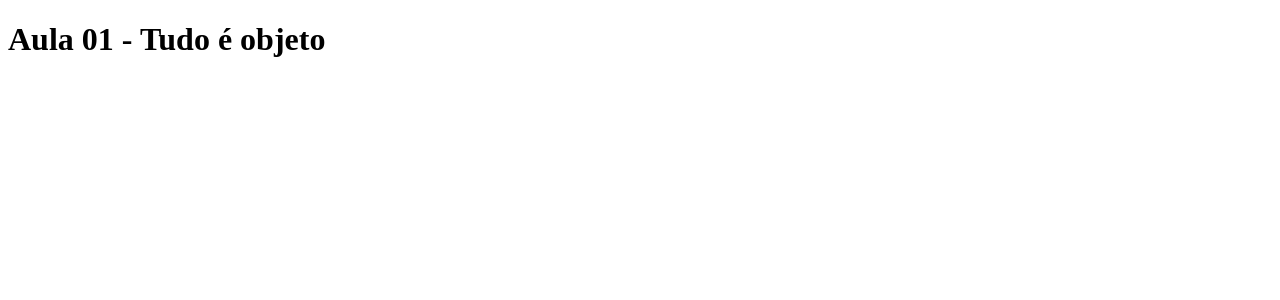
Repository: rvlyra/Js-Estudos-Aplicados
Page: Js - Estudos Aplicados/01-Tudo_e_objeto/index.html
The author's editor kept a copy of each file at every save. The page is drawn from the files as they stood at one save, then again after the next save.
The browser window is 1280 px wide. The pictures show the whole page.

Above is the page before, as saved 2022-07-05 20:12:34.

### Js - Estudos Aplicados/01-Tudo_e_objeto/index.html
<!DOCTYPE html>
<html lang="en">
<head>
    <meta charset="UTF-8">
    <meta http-equiv="X-UA-Compatible" content="IE=edge">
    <meta name="viewport" content="width=device-width, initial-scale=1.0">
    <title>Tudo é Objeto</title>
</head>
<body>

    <h1>Aula 01 - Tudo é objeto</h1>

    <p>

    </p>

    <script src="script.js"></script>
</body>
</html>

Loaded but not shown: Js - Estudos Aplicados/01-Tudo_e_objeto/script.js (no copy from this time; the picture is the same without it)

After the next save:
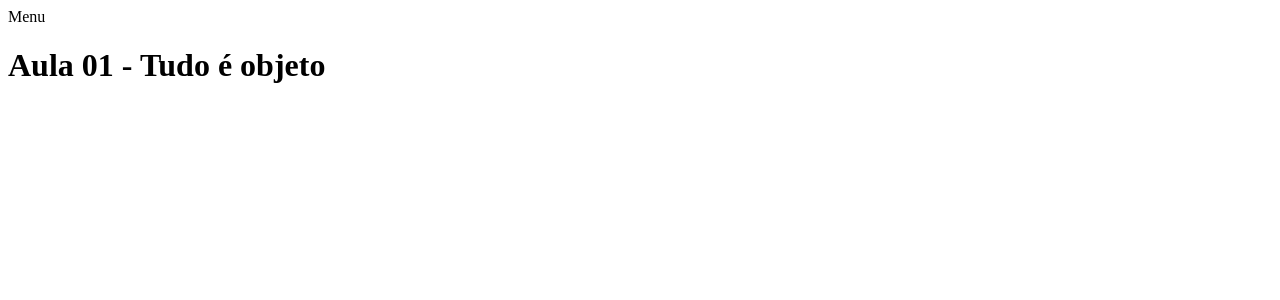
Saved 24 s later.
--- a/Js - Estudos Aplicados/01-Tudo_e_objeto/index.html
+++ b/Js - Estudos Aplicados/01-Tudo_e_objeto/index.html
@@ -7,7 +7,7 @@
     <title>Tudo é Objeto</title>
 </head>
 <body>
-
+<nav>Menu</nav>
     <h1>Aula 01 - Tudo é objeto</h1>
 
     <p>
